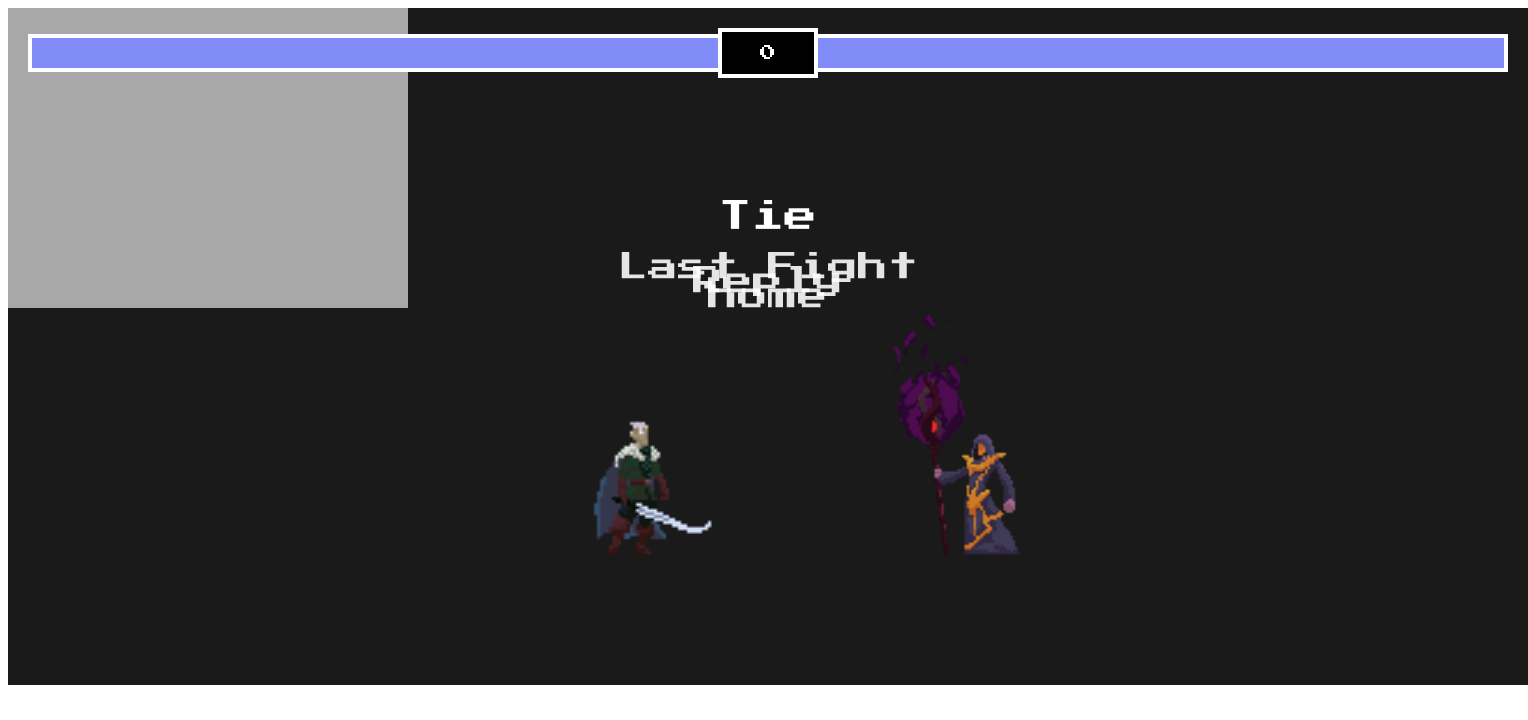
Repository: Gaurav31052/Fighting-game
Page: index.html
An editor plug-in stored every save of this project. The page is shown before and after the next save, followed by the edit.
The browser window is 1280 px wide. The page is 1528 px wide, so the pictures cover 1528 px, including what lies to the right of the window. The pictures show the whole page.
Some web libraries are served in a nearby version.

Above is the page before, as saved 2024-05-30 22:17:24.

### index.html
<head>
    <link rel="preconnect" href="https://fonts.googleapis.com">
    <link rel="preconnect" href="https://fonts.gstatic.com" crossorigin>
    <link href="https://fonts.googleapis.com/css2?family=Press+Start+2P&display=swap" rel="stylesheet">
    <style>
        * {
            box-sizing: border-box;
            font-family: "Press Start 2P", system-ui;
        }

            @keyframes fadeIn {
                from { opacity: 0; }
                to { opacity: 1; }
            }

    </style>
</head>

<body>
    <!-- red container div -->
    <div style="position: relative; display: inline-block;">
        <!-- smaller red container div -->
        <div style="position: absolute; display: flex; align-items: center; width: 100%; padding: 20px;">
            <!-- player health -->
            <div style="position: relative; width: 100%; display: flex; justify-content: flex-end;
            border-top: 4px solid white;
            border-bottom: 4px solid white;
            border-left: 4px solid white;

            ">
                <div style="background-color: red; height: 30px; width: 100%;"></div>
                <div id="playerHealth"
                    style="position: absolute; background: #818CF8; top: 0; right: 0; bottom: 0; width: 100%;"></div>
            </div>
            <!-- timer -->
            <div id="timer"
                style="background-color: black; width: 100px; height: 50px; flex-shrink: 0; display: flex; align-items: center; justify-content: center; color: white; border: 4px solid white">
                10
            </div>
            <!-- enemy health -->
            <div style="position: relative;  width: 100%; border-top: 4px solid white;
            border-bottom: 4px solid white;
            border-right: 4px solid white;">
                <div style="background-color: red; height: 30px;"></div>
                <div id="enemyHealth"
                    style="position: absolute; background: #818CF8; top: 0; right: 0; bottom: 0; left: 0;"></div>
            </div>
        </div>
        <div id="displayText" style="position: absolute; color: white; display: flex; align-items: center; justify-content: center; top: 0;
        right: 0; left: 0; bottom: 260; font-size: 33px; display: none;">tie</div>
        <div id="displayText2" style="position: absolute; color: white; display: flex; align-items: center; justify-content: center; top: 0;
        right: 0; left: 0; bottom: 160; font-size: 30px; display: none; opacity: 0; animation: fadeIn 5s forwards; "></div>

        <div id="displayText3" style="position: absolute; color: white; display: flex; align-items: center; justify-content: center; top: 0;
        right: 0; left: 0; bottom: 2; font-size: 33px; display: none; border-radius: 2px solid black; ">
        <div id="displayText4" style="position: absolute; color: white; display: flex; align-items: center; justify-content: center; top: 0;
        right: 0; left: 0; bottom: 130; font-size: 30px; display: none; opacity: 0; animation: fadeIn 5s forwards; ">Replay</div>
        <div id="displayText5" style="position: absolute; color: white; display: flex; align-items: center; justify-content: center; top: 0;
        right: 0; left: 0; bottom: 100; font-size: 30px; display: none; opacity: 0; animation: fadeIn 5s forwards; ">home</div>

    </div>

        <canvas id="canvas"></canvas>

    </div>

<!-- <script src="//cdnjs.cloudflare.com/ajax/libs/annyang/2.6.1/annyang.min.js"></script> -->
    <script src="https://cdnjs.cloudflare.com/ajax/libs/gsap/3.9.1/gsap.min.js"
        integrity="sha512-H6cPm97FAsgIKmlBA4s774vqoN24V5gSQL4yBTDOY2su2DeXZVhQPxFK4P6GPdnZqM9fg1G3cMv5wD7e6cFLZQ=="
        crossorigin="anonymous" referrerpolicy="no-referrer"></script>
    <script src="JS/utils.js"></script>
    <script src="JS/classes.js"></script>
    <script src="game.js"></script>

</body>

### JS/utils.js
function rectangularCollision({ rectangle1, rectangle2 }) {
    return (rectangle1.attackBox.position.x + rectangle1.attackBox.width >= rectangle2.position.x && rectangle1.attackBox.position.x <= rectangle2.position.x + rectangle2.width && rectangle1.attackBox.position.y + rectangle1.attackBox.height >= rectangle2.position.y && rectangle1.attackBox.position.y <= rectangle2.position.y + rectangle2.height)
}

function determineWinner({ player, enemy, timerId }) {
    clearTimeout(timerId)
    document.querySelector('#displayText').style.display = 'flex'
    document.querySelector('#displayText2').style.display = 'flex'
    document.querySelector('#displayText3').style.display = 'flex'
    document.querySelector('#displayText4').style.display = 'flex'
    document.querySelector('#displayText5').style.display = 'flex'
    if (player.health === enemy.health) {
        game_sound.pause();
        draw.loop=true;
        draw.play();
        document.querySelector('#displayText').innerHTML = 'Tie'
        document.querySelector('#displayText2').innerHTML = 'Last Fight'
        document.querySelector('#displayText4').innerHTML = 'Reply'
        document.querySelector('#displayText5').innerHTML = 'home'
    }
    else if (player.health > enemy.health) {
        game_sound.pause();
        winning.play()
        document.querySelector('#displayText').innerHTML = 'Player-1 Wins!'
        document.querySelector('#displayText2').innerHTML = 'Last Fight'
    }
    else if (player.health < enemy.health) {
        game_sound.pause();
        winning.play()
        document.querySelector('#displayText').innerHTML = 'Player-2 Wins!'
        document.querySelector('#displayText2').innerHTML = 'Last Fight'
    }
}

let timer = 3;
let timerId
function decreaseTimer() {
    if (timer > 0) {
        timerId = setTimeout(decreaseTimer, 1000)
        timer--
        document.querySelector('#timer').innerHTML = timer;
    }
    if (timer == 0) {
        determineWinner({ player, enemy, timerId })
    }
}


var draw =new Audio("./audio/tie_bgm.mp3");
var winning =new Audio("./audio/winning audio.mp3");

### JS/classes.js
class Sprite {
    constructor({ position, imageSrc, scale = 1, frameMax = 1, offset = { x: 0, y: 0 } }) {
        this.position = position;
        this.width = 50
        this.height = 150
        this.image = new Image()
        this.image.src = imageSrc
        this.scale = scale
        this.frameMax = frameMax
        this.frameCurrent = 0
        this.frameElapsed = 0
        this.frameHold = 5
        this.offset = offset
    }
    draw() {

        c.drawImage(this.image, this.frameCurrent * (this.image.width / this.frameMax), 0, this.image.width / this.frameMax, this.image.height,

            this.position.x - this.offset.x, this.position.y - this.offset.y, (this.image.width / this.frameMax) * this.scale, this.image.height * this.scale)
    }

    animateFrame() {
        this.frameElapsed++
        if (this.frameElapsed % this.frameHold === 0) {
            if (this.frameCurrent < this.frameMax - 1) {

                this.frameCurrent++
            }
            else {
                this.frameCurrent = 0
            }
        }
    }

    update() {
        this.draw()
        this.animateFrame()
    }
}




class Fighter extends Sprite {
    constructor({ position, velocity, color = 'red', imageSrc, scale = 1, frameMax = 1, offset = { x: 0, y: 0 }, sprites,attackBox ={offset: {}, width: undefined, height: undefined} }) {
        super({
            position,
            imageSrc,
            frameMax,
            scale,
            offset
        })

        this.velocity = velocity;
        this.width = 50
        this.height = 150
        this.lastkey
        this.attackBox = {
            position: {
                x: this.position.x,
                y: this.position.y
            },
            offset: attackBox.offset,
            width: attackBox.width,
            height: attackBox.height
        }
        this.color = color
        this.isAttacking
        this.health = 100
        this.frameCurrent = 0
        this.frameElapsed = 0
        this.frameHold = 5
        this.sprites =sprites
        this.dead = false

        for(const sprite in this.sprites){
            sprites[sprite].image =new Image()
            sprites[sprite].image.src= sprites[sprite].imageSrc
        }

    }
    // draw() {
    //     c.fillStyle = this.color
    //     c.fillRect(this.position.x, this.position.y, this.width, this.height)

    //     // attack box
    //     if (this.isAttacking) {
    //         c.fillStyle = 'green'
    //         c.fillRect(this.attackBox.position.x, this.attackBox.position.y, this.attackBox.width, this.attackBox.height)
    //     }
    // }
    update() {
        this.draw()
        if(!this.dead)
        this.animateFrame()


// attack boxes
        this.attackBox.position.x = this.position.x + this.attackBox.offset.x
        this.attackBox.position.y = this.position.y + this.attackBox.offset.y

        // draw the attack box
        // c.fillRect(this.attackBox.position.x, this.attackBox.position.y, this.attackBox.width, this.attackBox.height)

        this.position.y += this.velocity.y
        this.position.x += this.velocity.x

        //gravity function
        if (this.position.y + this.height + this.velocity.y >= canvas.height-200) {
            this.velocity.y = 0
            this.position.y = 400
        }
        else {
            this.velocity.y += gravity
        }

    }
    attack() {
        this.switchSprite('attack1')
        this.isAttacking = true

    }

    takeHit(){
        this.health -= 5

        if(this.health <= 0){
            this.switchSprite('death')
        }
        else{
            this.switchSprite('takeHit')
        }
    }

    switchSprite(sprite){
        if(this.image === this.sprites.death.image) {
            if(this.frameCurrent=== this.sprites.death.frameMax-1) this.dead = true
            return}
        // overriding all other animations with the attack animations
        if(this.image === this.sprites.attack1.image && this.frameCurrent < this.sprites.attack1.frameMax -1) return

        // override when fighter gets hit
        if(this.image === this.sprites.takeHit.image && this.frameCurrent < this.sprites.takeHit.frameMax -1) return

        switch (sprite) {
            case 'idle':
                if(this.image!= this.sprites.idle.image){
                this.image=this.sprites.idle.image
                this.frameMax = this.sprites.idle.frameMax
                this.frameCurrent = 0
        }
                break;
            case 'run':
            if(this.image!= this.sprites.run.image){
            this.image=this.sprites.run.image
            this.frameMax = this.sprites.run.frameMax
            this.frameCurrent = 0
        }
                break;
            case 'jump':
                if(this.image!= this.sprites.jump.image){
                this.image =this.sprites.jump.image
                this.frameMax = this.sprites.jump.frameMax
                this.frameCurrent = 0
                }
                break;
            case 'fall':
                if(this.image!= this.sprites.fall.image){
                this.image =this.sprites.fall.image
                this.frameMax = this.sprites.fall.frameMax
                this.frameCurrent = 0
                }
                break;
            case 'attack1':
                if(this.image!= this.sprites.attack1.image){
                this.image =this.sprites.attack1.image
                this.frameMax = this.sprites.attack1.frameMax
                this.frameCurrent = 0
                }
                break;
            case 'takeHit':
                if(this.image!= this.sprites.takeHit.image){
                this.image =this.sprites.takeHit.image
                this.frameMax = this.sprites.takeHit.frameMax
                this.frameCurrent = 0
                }
                break;
            case 'death':
                if(this.image!= this.sprites.death.image){
                this.image =this.sprites.death.image
                this.frameMax = this.sprites.death.frameMax
                this.frameCurrent = 0
                }

                break;

        }
    }
}

### game.js
const canvas = document.getElementById('canvas');
const c = canvas.getContext('2d');

canvas.width = 1520
// canvas.width = window. innerWidth;
canvas.height = 677
// canvas.height = window. innerHeight;

c.fillRect(0, 0, canvas.width, canvas.height)

const gravity = 2.9


const background = new Sprite({
    position: {
        x: 0,
        y: 0,

    },
    // imageSrc: './img/background5.jpg'
    imageSrc: localStorage.getItem(1)


})





// const shop = new Sprite({
//     position: {
//         x: 600,
//         y: 128
//     },
//     imageSrc: './img/shop.png',
//     scale: 2.75,
//     frameMax: 6
// })


const player = new Fighter({
    position: {
        x: 600,
        y: 0
    },
    velocity: {
        x: 0,
        y: 0
    },
    offset: {
        x: 0,
        y: 0
    },
    imageSrc: './img/samuraiMack/Idle.png',

    frameMax: 10,
    scale:3,
    offset: {
        x:215,
        y:157
    },

    sprites:{
        idle: {
            imageSrc: './img/samuraiMack/Idle.png',
            frameMax: 10
        },
        run:{
            imageSrc: './img/samuraiMack/Run.png',
            frameMax: 8

        },
        jump:{
            imageSrc: './img/samuraiMack/Jump.png',
            frameMax: 3

        },
        fall:{
            imageSrc: './img/samuraiMack/Fall.png',
            frameMax: 3
        },
        attack1:{
            imageSrc: './img/samuraiMack/Attack1.png',
            frameMax: 7
        },
        takeHit:{
            imageSrc: './img/samuraiMack/Take hit.png',
            frameMax: 3
        },
        death:{
            imageSrc: './img/samuraiMack/Death.png',
            frameMax: 7
        }

    },
    attackBox:{
        offset:{
            x:90,
            y:50
        },
        width:70,
        height:50
    }
})




const enemy = new Fighter({
    position: {
        x: 900,
        y: 100
    },
    velocity: {
        x: 0,
        y: 0
    },
    color: 'blue',
    offset: {
        x: -50,
        y: 0
    },
    imageSrc: './img/kenji/Idle.png',
    frameMax: 8,
    scale:2.3,
    offset: {
        x:215,
        y:238
    },

    sprites:{
        idle: {
            imageSrc: './img/kenji/Idle.png',

            frameMax: 8
        },
        run:{
            imageSrc: './img/kenji/Run.png',
            frameMax: 8

        },
        jump:{
            imageSrc: './img/kenji/Jump.png',
            frameMax: 2

        },
        fall:{
            imageSrc: './img/kenji/Fall.png',
            frameMax: 2
        },
        attack1:{
            imageSrc: './img/kenji/Attack1.png',
            frameMax: 8
        },
        takeHit:{
            imageSrc:'./img/kenji/Take hit.png',
            frameMax: 3
        },
        death:{
            imageSrc: './img/kenji/Death.png',
            frameMax: 7
        }


    },
    attackBox:{
        offset:{
            x:-140,
            y:50
        },
        width:130,
        height:50
    }
})

// console.log(player)

const key = {
    a: {
        pressed: false
    },
    d: {
        pressed: false
    },
    ArrowRight: {
        pressed: false
    },
    ArrowLeft: {
        pressed: false
    }
}


decreaseTimer()


function animate() {
    window.requestAnimationFrame(animate)
    c.fillStyle = 'black'
    c.fillRect(0, 0, canvas.width, canvas.height)
    background.update()
    // shop.update()
    c.fillStyle ='rgba(255,255,255,0.1)'
    c.fillRect(0,0, canvas.width, canvas.height)
    player.update()
    enemy.update()
    player.velocity.x = 0
    enemy.velocity.x = 0

    // player movement

    if (key.a.pressed && player.lastkey === 'a') {
        player.velocity.x = -5
        player.switchSprite('run')
    }
    else if (key.d.pressed && player.lastkey === 'd') {
        player.velocity.x = 5
        player.switchSprite('run')
    }
    else{
        player.switchSprite('idle')
    }

    //jumping player
    if(player.velocity.y<0){
       player.switchSprite('jump')
    }
    else if(player.velocity.y>0){
        player.switchSprite('fall')
    }



    // enemy movement
    if (key.ArrowLeft.pressed && enemy.lastkey === 'ArrowLeft') {
        enemy.velocity.x = -5
        enemy.switchSprite('run')
    }
    else if (key.ArrowRight.pressed && enemy.lastkey === 'ArrowRight') {
        enemy.velocity.x = 5
        enemy.switchSprite('run')
    }
    else{
        enemy.switchSprite('idle')
    }
     //jumping enemy
     if(enemy.velocity.y<0){
        enemy.switchSprite('jump')
     }
     else if(enemy.velocity.y>0){
         enemy.switchSprite('fall')
     }

    // detect for collision & enemy get hit
    if (rectangularCollision({ rectangle1: player, rectangle2: enemy }) && player.isAttacking && player.frameCurrent===4) {
        enemy.takeHit()
        enemy_take_hit.volume=0.2
        enemy_take_hit.play()
        player.isAttacking = false

        // document.querySelector('#enemyHealth').style.width = enemy.health + '%'
        gsap.to('#enemyHealth',{
            width:enemy.health + '%'
        })
    }

    // if player misses
    if(player.isAttacking && player.frameCurrent === 4){
        player.isAttacking = false
    }

    // this is where our player hit
    if (rectangularCollision({ rectangle1: enemy, rectangle2: player }) && enemy.isAttacking && enemy.frameCurrent === 2) {
        player.takeHit()
        player_take_hit.volume=0.2
        player_take_hit.play();
        enemy.isAttacking = false
        // console.log('enemy is Attacking')
        // document.querySelector('#playerHealth').style.width = player.health + '%'
        gsap.to('#playerHealth',{
            width:player.health + '%'
        })
    }

     // if enemy misses
     if(enemy.isAttacking && enemy.frameCurrent === 2){
        enemy.isAttacking = false
    }
    // end game based on health
    if (enemy.health <= 0 || player.health <= 0) {
        determineWinner({ player, enemy, timerId })
    }
}

animate()


window.addEventListener('keydown', (event) => {
    if(!player.dead){


    switch (event.key) {
        case 'd':
            key.d.pressed = true
            player.lastkey = 'd'
            break
        case 'a':
            key.a.pressed = true
            player.lastkey = 'a'
            break
        case 'w':
            player.velocity.y = -38
            break
        case ' ':
            player.attack()
            sword.play();
            break

        }
    }

    if(!enemy.dead){

switch(event.key){
    case 'ArrowRight':
            key.ArrowRight.pressed = true
            enemy.lastkey = 'ArrowRight'
            break
        case 'ArrowLeft':
            key.ArrowLeft.pressed = true
            enemy.lastkey = 'ArrowLeft'
            break
        case 'ArrowUp':
            enemy.velocity.y = -38
            break
        case 'ArrowDown':
            enemy.attack()
            woo1.play();
            break
}

}

})
window.addEventListener('keyup', (event) => {
    switch (event.key) {
        case 'd':
            key.d.pressed = false
            break
        case 'a':
            key.a.pressed = false
            break

    }

    // enemy key
    switch (event.key) {
        case 'ArrowRight':
            key.ArrowRight.pressed = false
            break
        case 'ArrowLeft':
            key.ArrowLeft.pressed = false
            break

    }
})





// voice command

// if(annyang){
//     var commands={
//         // 'forward': function(){alert('helloooo');}
//         'forward': function(){ key.d.pressed = true
//             player.lastkey = 'd'
//         setTimeout(()=>{
//             key.d.pressed = false
//             annyang.start()
//         },500)
//         },
//         'stop': function(){ key.d.pressed = false
//             player.lastkey = 'd' },
//         'back': function(){key.a.pressed = true
//             player.lastkey = 'a'
//             setTimeout(()=>{
//                 key.a.pressed = false
//                 annyang.start()
//             },500)},
//         'jump': function(){player.velocity.y = -38
//             annyang.start()},
//         'attack': function(){ player.attack()
//             annyang.start()}
//     };
//     annyang.addCommands(commands);
//     annyang.start();
// }


//Sound Effect
var sword =new Audio("./audio/sword sound.mp4");
var player_take_hit =new Audio("./audio/grunt_1.mp3");
var enemy_take_hit =new Audio("./audio/grunt_2.mp3");
var woo1 =new Audio("./audio/woo1.mp3");
var fight = new Audio("./audio/fight-deep-voice.mp3");
fight.play();
// draw_music.play();
var game_sound =new Audio("./audio/game_bgm.mp3");
game_sound.loop=true;
game_sound.volume=0.3;
game_sound.play();

After the next save:
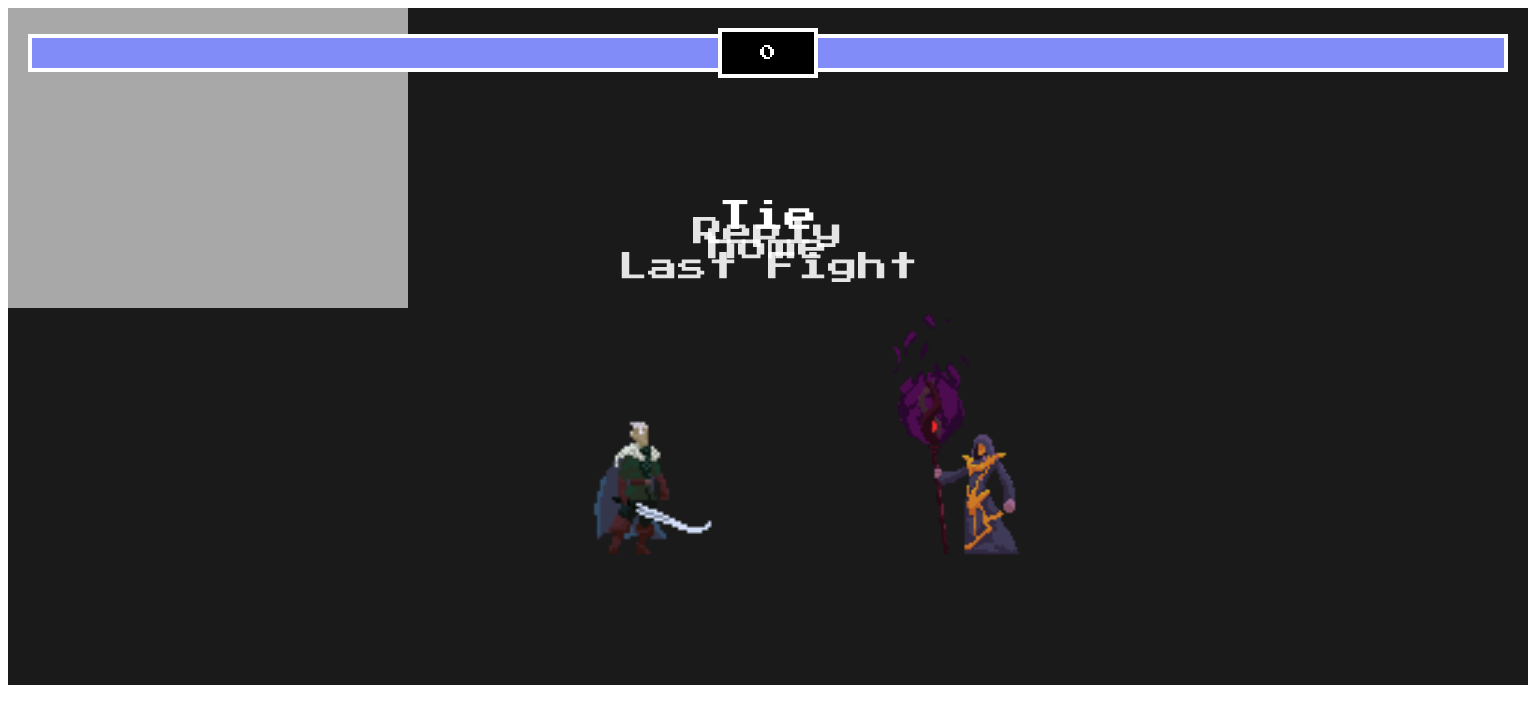
Saved 5 s later.
--- a/index.html
+++ b/index.html
@@ -52,7 +52,7 @@
         right: 0; left: 0; bottom: 160; font-size: 30px; display: none; opacity: 0; animation: fadeIn 5s forwards; "></div>
 
         <div id="displayText3" style="position: absolute; color: white; display: flex; align-items: center; justify-content: center; top: 0;
-        right: 0; left: 0; bottom: 2; font-size: 33px; display: none; border-radius: 2px solid black; ">
+        right: 0; left: 0; bottom: 100; font-size: 33px; display: none; border-radius: 2px solid black; ">
         <div id="displayText4" style="position: absolute; color: white; display: flex; align-items: center; justify-content: center; top: 0;
         right: 0; left: 0; bottom: 130; font-size: 30px; display: none; opacity: 0; animation: fadeIn 5s forwards; ">Replay</div>
         <div id="displayText5" style="position: absolute; color: white; display: flex; align-items: center; justify-content: center; top: 0;
